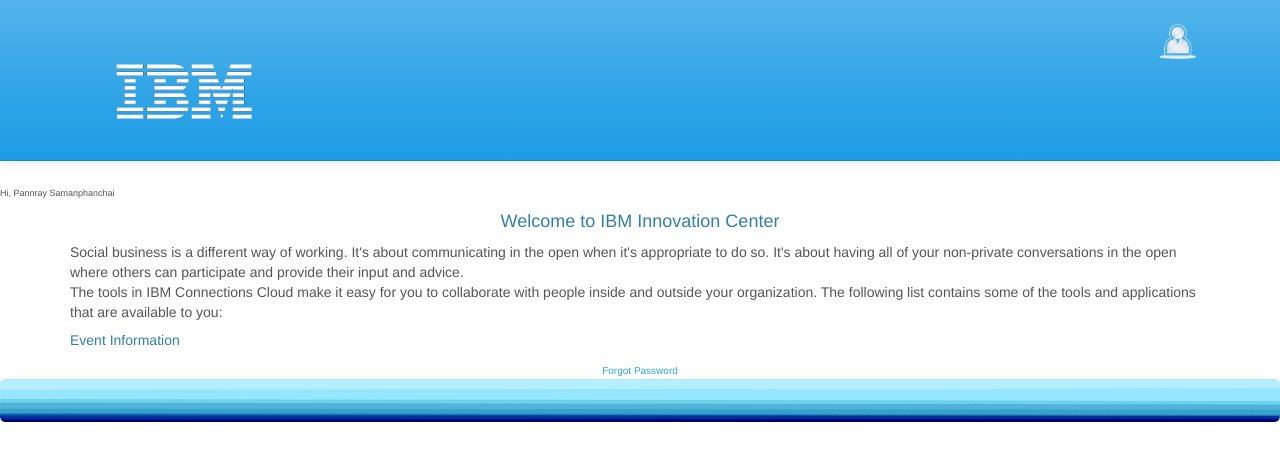
Repository: InnovationCenterOrg/InnovationCustomer
Page: http://localhost/InnovationCustomer/view/test.jsp
These files come from the project's save history. The page is drawn as it stood at one moment and after the next save; the edit follows.
The browser window is 1280 px wide. The pictures show the whole page.
Some web libraries are served in a nearby version. The page is served by Tomcat 9.

Above is the page before, as saved 2016-03-03 03:25:22.

After the next save:
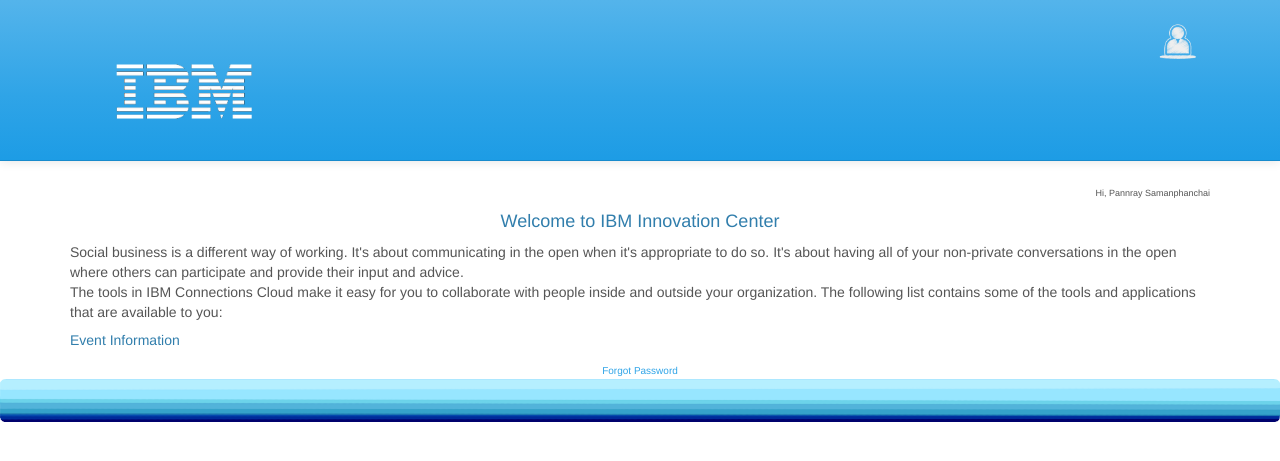
Saved 31 s later.
--- a/InnovationCustomer/WebContent/view/test.jsp
+++ b/InnovationCustomer/WebContent/view/test.jsp
@@ -53,9 +53,12 @@
 						<ul class="dropdown-menu" role="menu">
 							<li><a href="./DashboardMainAction">Dashboard</a></li>
 							<li><a href="./ReportMainAction">Report</a></li>
-						</ul></li></ul> -->
+					</ul></li></ul> -->
+
+	<div class="container">
+	<div align="right">
 	<font style="font-size: xx-small;">Hi, Pannray Samanphanchai</font>
-	<div class="container">
+	</div>
 	<h4 align="center">Welcome to IBM Innovation Center</h4>
 	Social business is a different way of working. It's about communicating in the open when it's appropriate to do so. It's about having all of your non-private conversations in the open where others can participate and provide their input and advice.
 	<br>
